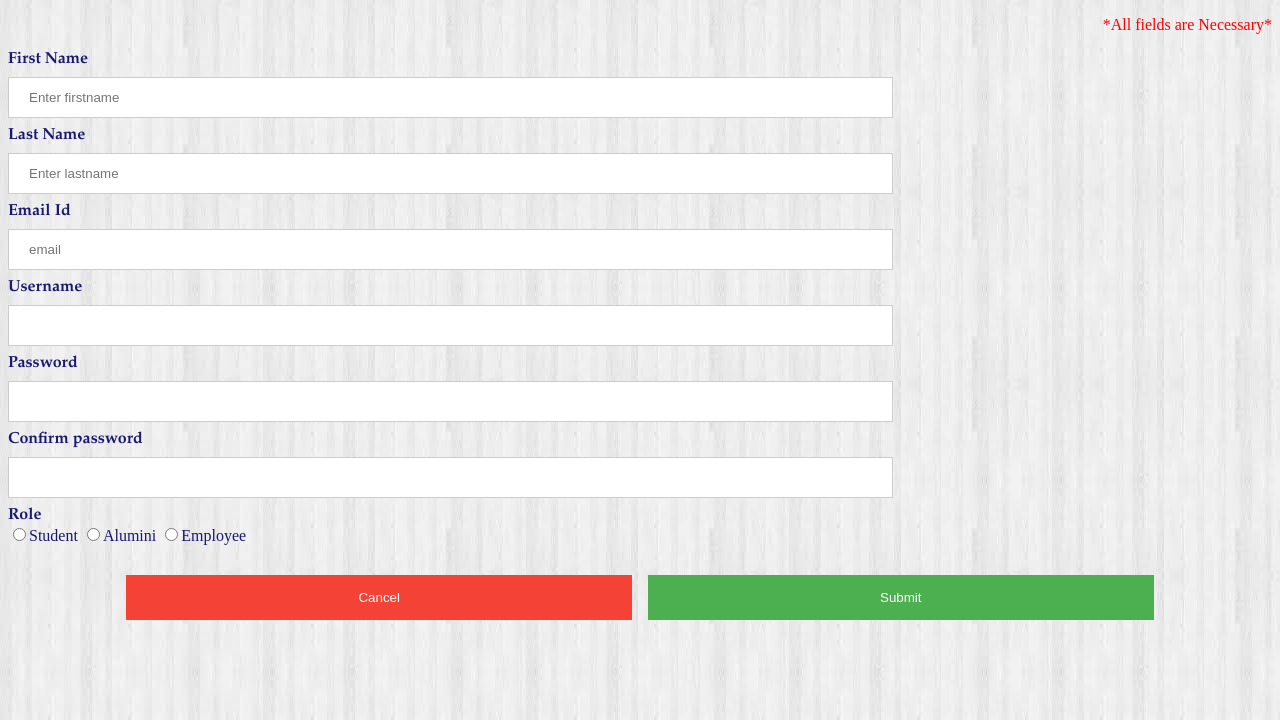
Repository: SwapnilYeldi/Project-2
Page: frontend/WebContent/views/registrationform.html
The author's editor kept a copy of each file at every save. The page is drawn from the files as they stood at one save, then again after the next save.
The browser window is 1280 px wide. The pictures show the whole page.

Above is the page before, as saved 2017-07-19 07:51:13.

### frontend/WebContent/views/registrationform.html

<!DOCTYPE html PUBLIC "-//W3C//DTD HTML 4.01 Transitional//EN" "http://www.w3.org/TR/html4/loose.dtd">
<html>
<head>

<meta http-equiv="Content-Type" content="text/html; charset=ISO-8859-1">
<title>Register</title>




<style>
input[type=text], input[type=password] {
    width: 70%;
    padding: 12px 20px;
    margin: 8px 0;
    display: inline-block;
    border: 1px solid #ccc;
    box-sizing: border-box;
}

.cancelbtn {
color: white;
    padding: 15px 40px;
    margin: 30px 0;
    border: none;
    cursor: pointer;
   background-color: #f44336;
    width:40%;
}
.signupbtn {
color: white;
    padding: 15px 40px;
    margin: 30px 0;
    border: none;
    cursor: pointer;
background-color: #4CAF50;
    float: center;
    width: 40%;
}
</style>

</head>

<body background ="images\login.jpg">

<script type="text/javascript">
function checkPass()
{
	var x=document.getElementById("pass").value;
	var y=document.getElementById("cpass").value;
	if(x!=y)
	{
		alert("both passwords should be same");
		return false;
	}

	else
		{
		 alert("Your registration has been completed successfully");

		}

	}


</script>

<form action="user" method="POST" onsubmit="return checkPass()">
<font color="MIDNIGHTBLUE">
<div class="container">
<p align="right">
<label><font color="red"> *All fields are Necessary*</font></label><br></p>
<label><b><font face="Garamond">First Name</b></font></label><br>
<input type="text" ng-model="user.firstname" placeholder="Enter firstname"><br>
<label><font face="Garamond"><b>Last Name</b></font></label><br>
<input type="text" ng-model="user.lastname" placeholder="Enter lastname"><br>
<!-- <label><font face="Garamond"><b>User Name-*Generate new user name</b></font></label><br>
<input type="text" name="uname"  required><br> -->

<label><font face="Garamond"><b>Email Id</b></font></label><br>
<input type="text" ng-model="user.email" placeholder="email"><br>

<label><font face="Garamond"><b>Username</b></font></label><br>
<input type="text" ng-model="user.username"><br>
<label><font face="Garamond"><b> Password</b></font></label><br>
<input type="password" id=pass ng-model="user.password"><br>

<label><font face="Garamond"><b>Confirm password</b></font></label><br>
<input type="password" id="cpass" name="confirmpass"><br>

<label><font face="Garamond"><b>Role</b></font></label><br>
<input type="radio" ng-model="user.role" value="Student">Student
<input type="radio" ng-model="user.role" value="Alumini">Alumini
<input type="radio" ng-model="user.role" value="Employee">Employee<br>




</div>
<center>
<!-- <h4><input type="checkbox" checked="checked">I Agree<a href="#"><u>Terms and Privacy.</u></a></h3> -->
<input type="button" class="cancelbtn" value="Cancel">&nbsp;&nbsp;&nbsp;
<input type="submit" class="signupbtn"  ng-click="register()"><center>

	</font>
</form>



</body>

</html>



<!-- <div>
{{error.message}}

<form>
Enter firstname: <input type="text" ng-model="user.firstname" placeholder="Enter firstname"><br>
Enter lasstname: <input type="text" ng-model="user.lastname" placeholder="Enter lastname"><br>
Enter email: <input type="text" ng-model="user.email" placeholder="email"><br>
Enter username: <input type="text" ng-model="user.username"><br>
Enter password: <input type="password" ng-model="user.password"><br>
Enter Role: <input type="radio" ng-model="user.role" value="Student">Student
<input type="radio" ng-model="user.role" value="Alumini">Alumini
<input type="radio" ng-model="user.role" value="Employee">Employee<br>
<input type="submit" ng-click="register()"><br>

</form>
</div> -->

After the next save:
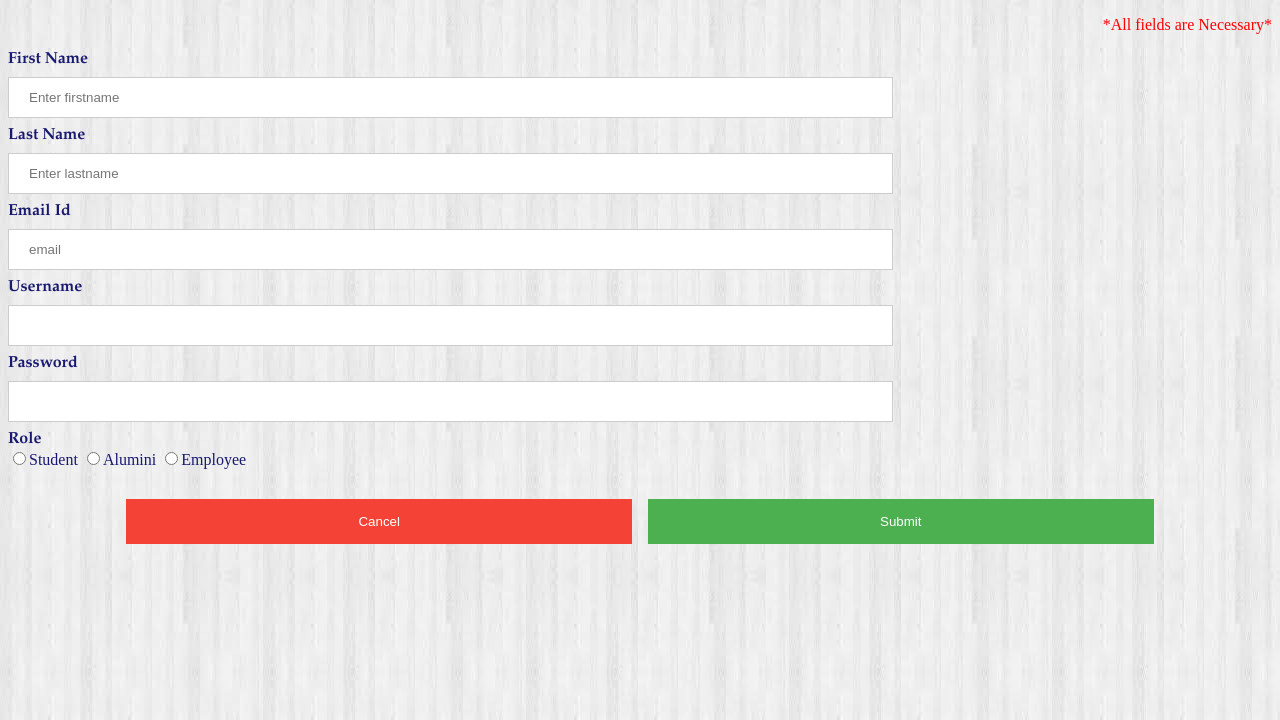
Saved 55 s later.
--- a/frontend/WebContent/views/registrationform.html
+++ b/frontend/WebContent/views/registrationform.html
@@ -44,7 +44,7 @@ background-color: #4CAF50;
 
 <body background ="images\login.jpg">
 
-<script type="text/javascript">
+<!-- <script type="text/javascript">
 function checkPass()
 {
 	var x=document.getElementById("pass").value;
@@ -64,9 +64,9 @@ function checkPass()
 	}
 
 
-</script>
+</script> -->
 
-<form action="user" method="POST" onsubmit="return checkPass()">
+<form> <!-- action="user" method="POST" onsubmit="return checkPass()"> -->
 <font color="MIDNIGHTBLUE">
 <div class="container">
 <p align="right">
@@ -86,8 +86,8 @@ function checkPass()
 <label><font face="Garamond"><b> Password</b></font></label><br>
 <input type="password" id=pass ng-model="user.password"><br>
 
-<label><font face="Garamond"><b>Confirm password</b></font></label><br>
-<input type="password" id="cpass" name="confirmpass"><br>
+<!-- <label><font face="Garamond"><b>Confirm password</b></font></label><br>
+<input type="password" id="cpass" name="confirmpass"><br> -->
 
 <label><font face="Garamond"><b>Role</b></font></label><br>
 <input type="radio" ng-model="user.role" value="Student">Student
